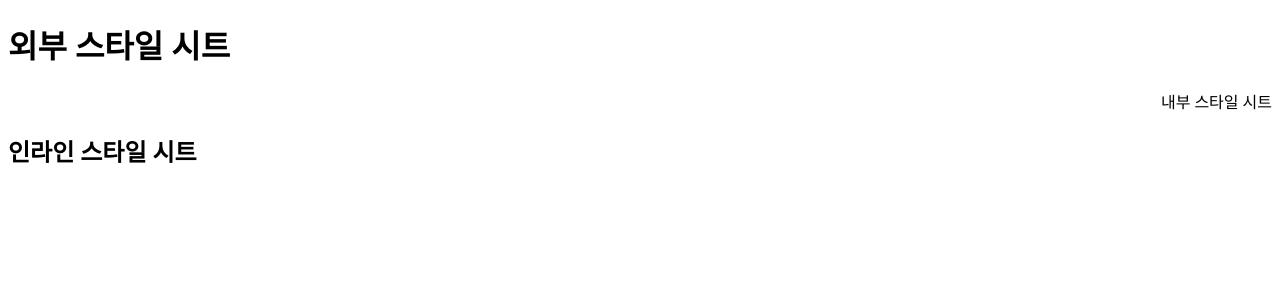
Repository: bh03/bh03.github.io
Page: css.html
The author's editor kept a record of every edit. The page is drawn from the files as they stood at one moment, then again after the next edit.
The browser window is 1280 px wide. The pictures show the whole page.

Above is the page before.

After the next edit:
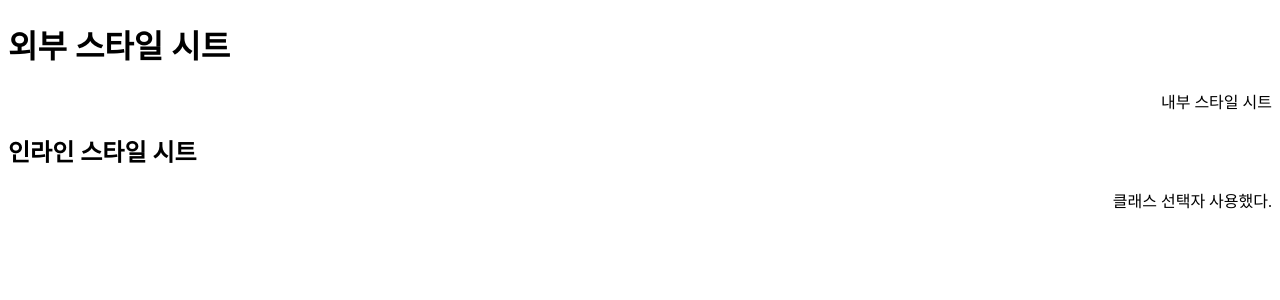
The edit:
--- a/css.html
+++ b/css.html
@@ -12,5 +12,6 @@
         <h1> 외부 스타일 시트 </h1>
         <p align="right">내부 스타일 시트</p>
         <h2 style=font-family:고딕;> 인라인 스타일 시트</h2>
+        <p class="test" align="right"> 클래스 선택자 사용했다.</p>
     </body>
 </html>
